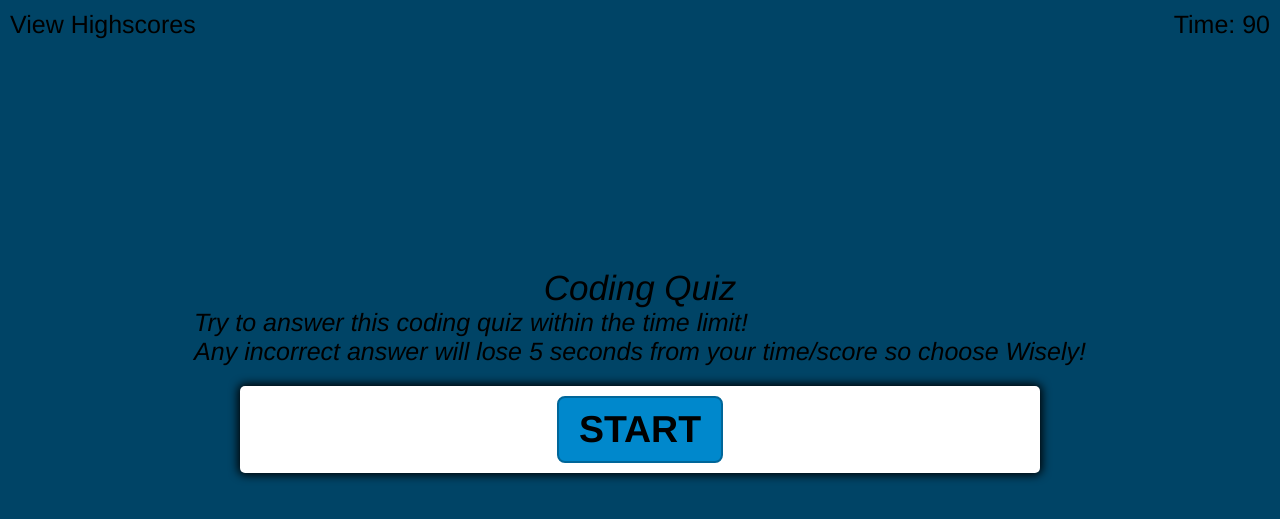
Repository: Vshepard879/Code-Quiz
Page: index.html
An editor plug-in stored every save of this project. The page is shown before and after the next save, followed by the edit.
The browser window is 1280 px wide. The pictures show the whole page.

Above is the page before, as saved 2022-03-20 03:40:47.

### index.html
<!DOCTYPE html>
<html lang="en">
<head>
    <meta charset="UTF-8">
    <meta http-equiv="X-UA-Compatible" content="IE=edge">
    <meta name="viewport" content="width=device-width, initial-scale=1.0">
    <link href="./assets/css/style.css" link rel="stylesheet">
    <script defer src="./assets/js/script.js"></script>
    <script defer src="./assets/js/questions.js"></script>
    <title>Quiz App</title>
</head>

<body>
    <header>Coding Quiz
<br>
        <a>
            Try to answer this coding quiz within the time limit!
            <br>
            Any incorrect answer will lose 5 seconds from your time/score so choose Wisely!
        </a>
    </header>
    <div class ="scores"><a href="score.html">View Highscores</a></div>

    <div class="timer">Time: <span id="time">90</span></div>

    <!--Start Quiz Container-->
    <div class="container">
        <div id="question-container" class="hide">
                <div id="question">Question</div>
                <div id="answer-buttons" class="btn-grid">
                <button class="btn">Answer 1</button>
                <button class="btn">Answer 2</button>
                <button class="btn">Answer 3</button>
                <button class="btn">Answer 4</button>
            </div>
        </div>
        <div class="controls counts">
            <button id="start-btn" class="start-btn btn">START</button>
        </div>

        <div id="end-screen" class="hide">
            <h2>All done!</h2>
            <p>Your final score is <span id="final-score"></span>.</p>
            <p>
              Enter initials: <input type="text" id="initials-input-field" max="3" />
              <button id="submit-btn">Submit</button>
            </p>
          </div>



    </div>
</body>
</html>

### assets/css/style.css
*, *::before, *::after {
    box-sizing: border-box;
    font-family: 'Franklin Gothic Medium', 'Arial Narrow', Arial, sans-serif;
    font-size: 25px;
}

:root {
    --hue-neutral: 200;


}

header {
    font-style: italic;
    font-size: 35px;
    display: flex;
    flex-direction: column;
    position: relative;
    align-items:center;
    padding: 20px 0 20px 0;
}



body{
    --hue: var(--hue-neutral);
    padding: 0;
    margin: 0;
    display: flex;
    flex-direction: column;
    width: 100vw;
    height: 100vh;
    justify-content:center;
    align-items:center;
    background-color:hsl(var(--hue), 100%, 20%);
}

.hide {
    display: none;
  }
.scores {
    position: absolute;
    top: 10px;
    left: 10px;
  }

  .timer {
    position: absolute;
    top: 10px;
    right: 10px;}

    a {
        color: white;
        text-decoration: none;
        transition: color 0.1s;
      }

      a:hover {
        color: #70707a;}


 .container {
    width: 800px;
    max-width: 70%;
    background-color: white;
    border-radius: 5px;
    padding: 10px;
    box-shadow: 0 0 10px 2px;
}

.hide {
    display: none;
  }

  .start {
    text-align: center;
  }

  .scores {
    position: absolute;
    top: 10px;
    left: 10px;
    color:aliceblue;
  }



  .timer {
    position: absolute;
    top: 10px;
    right: 10px;
  }

  a {
    color: black;
    text-decoration: none;
    transition: color 0.1s;
  }
.btn-grid {
    display: grid;
    grid-template-columns: repeat(2, auto);
    gap: 15px;
    margin: 20px 0;
}


.btn {
    --hue: var(--hue-neutral);
    border: 2px solid hsl(var(--hue),100%, 30%);
    background-color: hsl(var(--hue), 100%, 40%);
    border-radius: 8px;
    padding: 5px 10px;
    color: black;
    outline: none;
}

.btn:hover {
    border-color: black;
}


.start-btn {
    font-size: 1.5rem;
    font-weight: bold;
    padding: 10px 20px;
}

.controls {
    display: flex;
    justify-content: center;
    align-items: center;
    gap: 5px;
}

.hide {
    display: none;
}

### assets/js/script.js
const startButton = document.getElementById('start-btn');
const questionContainerElement = document.getElementById('question-container');
const questionElement = document.getElementById( 'question');
const answerButtonsElement = document.getElementById('answer-buttons');
var timerEl = document.getElementById('time');
const submitButton = document.getElementById('submit-btn')
const endScreen = document.getElementById('end-screen')
var shuffledQuestions, currentQuestionIndex, currentScore
var timer
var timeRemaining = 90
var initialsInputFieldEl =  document.getElementById('initials-input-field')

startButton.addEventListener('click', startQuiz)
submitButton.addEventListener('click', submitScore)
// function that starts the Quiz

function startQuiz() {
    if (!endScreen.classList.contains('hide')) {
        endScreen.classList.add('hide')
    }


    startButton.classList.add("hide")
    // randomizes question order
    shuffledQuestions = questions.sort(() => Math.random() - .5)
    currentQuestionIndex = 0
    currentScore = 0
    questionContainerElement.classList.remove("hide")
    setNextQuestion()
    startTimer()

}

function startTimer() {
    timeRemaining = 90
    timer = setInterval(updateRemainingTime, 1000)
}

function updateRemainingTime() {
    timeRemaining--
    timerEl.textContent = timeRemaining
    if (timeRemaining <= 0){
        endQuiz()
    }

}

function setNextQuestion() {
    resetState()
    showQuestion(shuffledQuestions[currentQuestionIndex])
    }
function showQuestion(question) {
    questionElement.innerText =question.question
    question.answers.forEach(answer => {
        const button = document.createElement('button')
        button.innerText = answer.text
        button.classList.add('btn')
      if   (answer.correct) {
          button.dataset.correct = answer.correct
      }
      button.addEventListener('click', selectAnswer)
      answerButtonsElement.appendChild(button)
    })
}

function endQuiz() {
    submitButton.classList.remove('hide')
    startButton.innerText = 'Restart'
    startButton.classList.remove('hide')
    questionContainerElement.classList.add('hide')
    endScreen.classList.remove('hide')
    clearInterval(timer)
    var finalScore = document.getElementById('final-score')
    finalScore.textContent = timeRemaining
}

function submitScore() {
    var initials = initialsInputFieldEl.value.trim();
    console.log(initials)
    var newScore = {
        initials: initials,
        score: timeRemaining,
    }

    // get saved scores from local storage, or if not any, set to empty array
    var highScores = JSON.parse(window.localStorage.getItem("highScores")) || [];

    highScores.push(newScore)
    window.localStorage.setItem("highScores", JSON.stringify(highScores));

    submitButton.classList.add('hide')
}
// this function is used to reset each question
function resetState() {
    while (answerButtonsElement.firstChild) {
        answerButtonsElement.removeChild
        (answerButtonsElement.firstChild)
    }
}

function selectAnswer(v) {
    const selectedButton = v.target
    const correct = selectedButton.dataset.correct
    currentQuestionIndex++

    if (correct) {
        console.log("correct!")
    } else {
        // decrease time
        timeRemaining = timeRemaining - 5
        timerEl.textContent = timeRemaining
        if(timeRemaining <= 0){
            endQuiz();
        }
    }

    if (shuffledQuestions.length - 1 < currentQuestionIndex ) {
        endQuiz();
    } else {

        setNextQuestion()
    }
}

### assets/js/questions.js
// the arrays of questions and answers
const questions = [
    {
        question: 'Which of these is not one of the 3 Initial coding languages?',
        answers: [
            { text:'Python', correct: true},
            { text:'HTML', correct: false},
            { text:'CSS', correct: false},
            { text:'JavaScript', correct: false},
        ]
    },
    {
        question: 'What does the C in CSS stand for?',
        answers: [
            { text:'Chocolate', correct: false},
            { text:'Corporate', correct: false},
            { text:'Cascading', correct: true},
            { text:'Computer', correct: false},
        ]
    },
    {
        question: 'Arrays in Javascript can be used to store?',
        answers: [
            { text:'Numbers and Strings', correct: false},
            { text:'Booleans', correct: false},
            { text:'Other Arrays', correct: false},
            { text:'All of the above', correct: true},
        ]
    },
    {
        question: 'The condition in an if/else statement are store in?',
        answers: [
            { text:'Parenthesis', correct: true},
            { text:'curly brackets', correct: false},
            { text:'brackets', correct: false},
            { text:'commas', correct: false},
        ]},
        {
            question: 'A very useful tool during the development and debugging stage used to print to the debugger is?',
            answers: [
                { text:'Array', correct: false},
                { text:'.dataset', correct: false},
                { text:'console.log', correct: true},
                { text:'=>', correct: false},
            ]},
            {
                question: 'Commonly used data types do not include?',
                answers: [
                    { text:'Booleans', correct: false},
                    { text:'Strings', correct: false},
                    { text:'Numbers', correct: false},
                    { text:'Alerts', correct: true},
                ]},
            ]

After the next save:
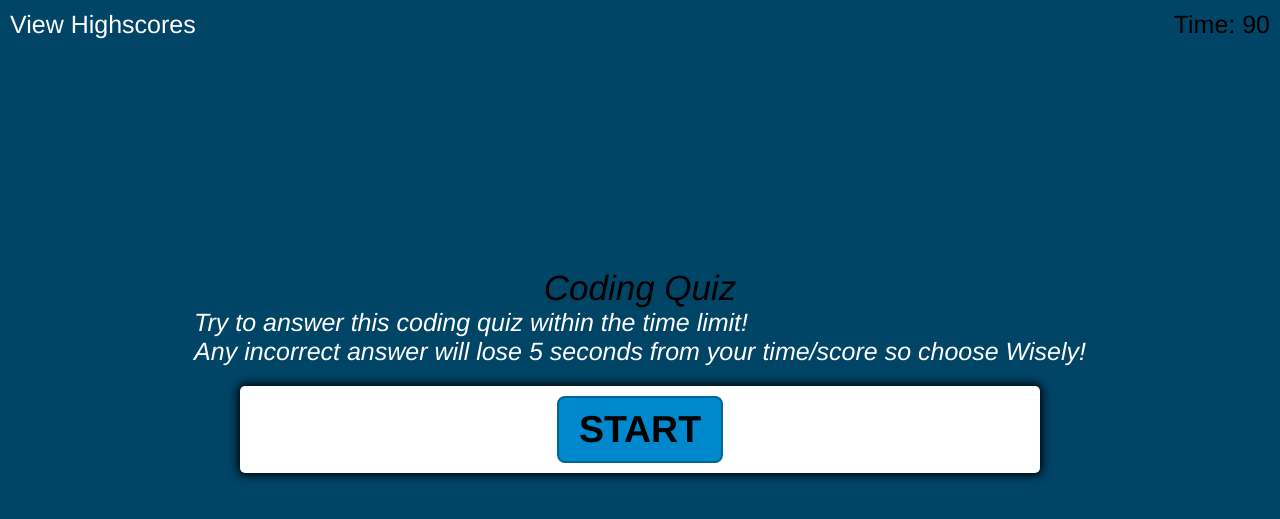
Saved 49 s later.
--- a/assets/css/style.css
+++ b/assets/css/style.css
@@ -91,11 +91,7 @@ body{
     right: 10px;
   }
 
-  a {
-    color: black;
-    text-decoration: none;
-    transition: color 0.1s;
-  }
+
 .btn-grid {
     display: grid;
     grid-template-columns: repeat(2, auto);
